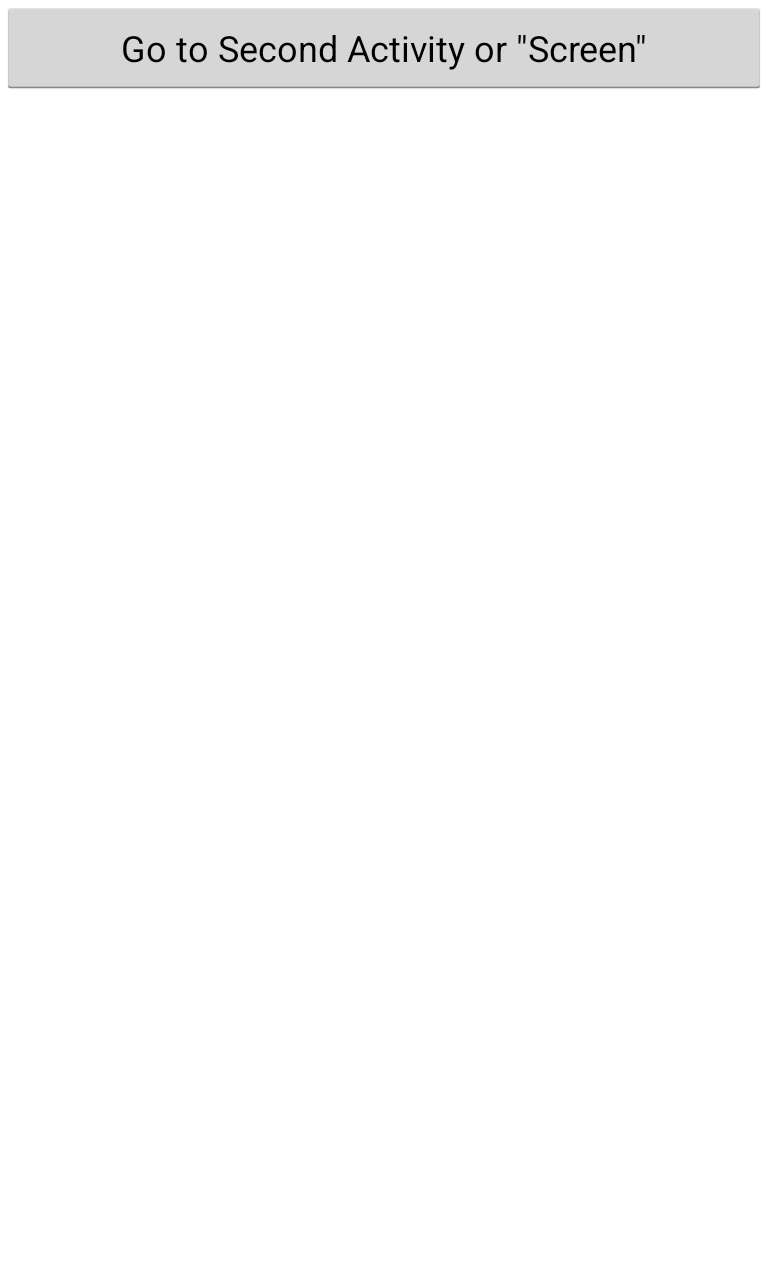
Repository: fsoDannis/workspace
Layout: LyndaTutorials/res/layout/activity_main.xml
An editor plug-in stored every save of this project. The layout is shown before and after the next save, followed by the edit.
It is drawn on a 768 x 1280 px phone screen (xhdpi) without system bars, with theme AppTheme; the app's code is not run. The app's manifest (not shown) leaves right-to-left support off. So textAlignment, textDirection and layoutDirection are ignored, and left and right values win over start and end ones.

Above is the layout before, as saved 2013-01-31 13:43:45.

After the next save:
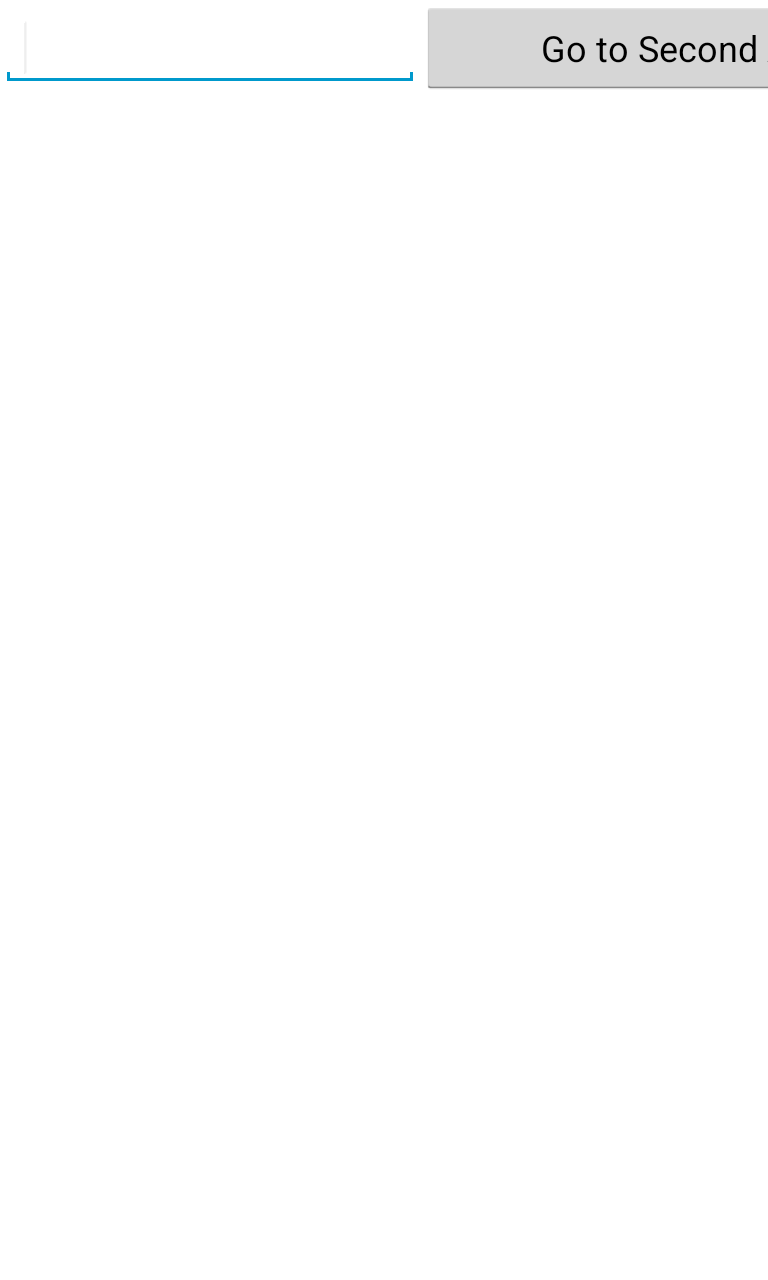
Saved 23 s later.
--- a/LyndaTutorials/res/layout/activity_main.xml
+++ b/LyndaTutorials/res/layout/activity_main.xml
@@ -6,7 +6,7 @@
 
     <EditText
         android:id="@+id/et_EnterName"
-        android:layout_width="wrap_content"
+        android:layout_width="fill_content"
         android:layout_height="wrap_content"
         android:layout_weight="1"
         android:ems="10" >

After the save that followed:
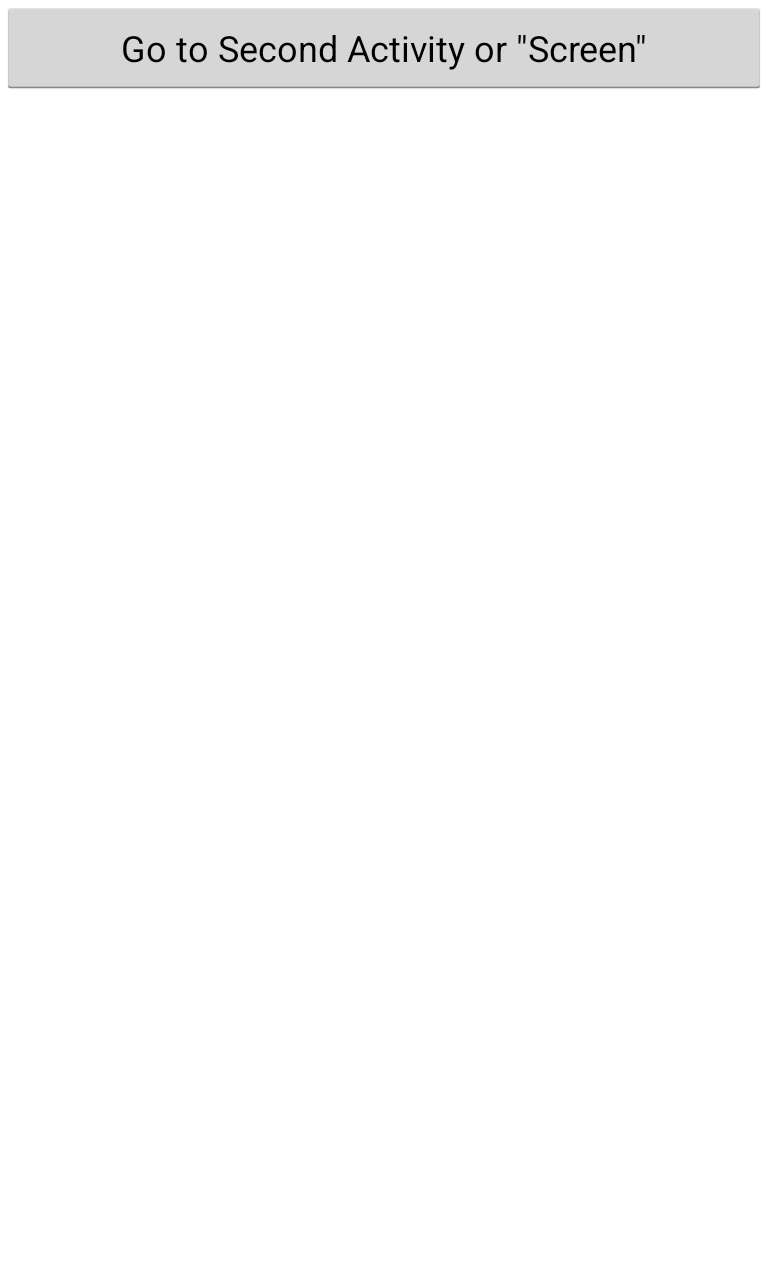
Saved 63 s later.
--- a/LyndaTutorials/res/layout/activity_main.xml
+++ b/LyndaTutorials/res/layout/activity_main.xml
@@ -6,12 +6,10 @@
 
     <EditText
         android:id="@+id/et_EnterName"
-        android:layout_width="fill_content"
+        android:layout_width="fill_parent"
         android:layout_height="wrap_content"
         android:layout_weight="1"
-        android:ems="10" >
-
-        <requestFocus />
+>
     </EditText>
 
     <Button
